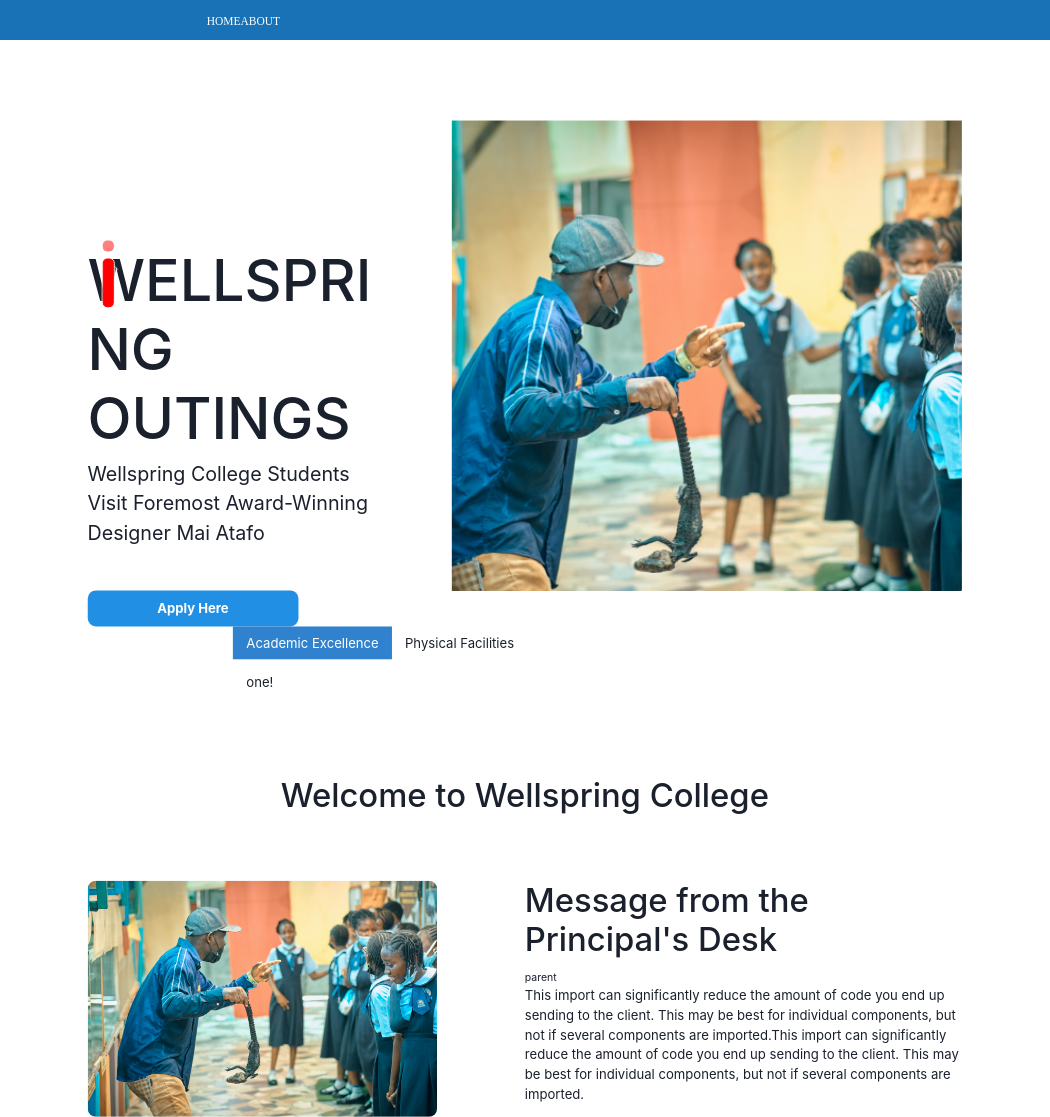
Repository: gr8skills/wellspring-school-forked
Page: /
The author's editor kept a copy of each file at every save. The page is drawn from the files as they stood at one save, then again after a run of saves.
The browser window is 1280 px wide. The pictures show the whole page, at 82% of full size.
The project was rebuilt for these pictures with package versions that can differ from the ones it lists, and the page was loaded fresh each time. Also part of the build but not shown: src/components/Navbar/Dropdown.scss, src/components/Navbar/Dropdown.js, src/components/Calendar/Calendar.js, src/components/News/News.js.

Above is the page before, as saved 2022-12-02 00:30:02.

### src/index.css
body {
  /* margin: 0;
  font-family: -apple-system, BlinkMacSystemFont, 'Segoe UI', 'Roboto', 'Oxygen',
    'Ubuntu', 'Cantarell', 'Fira Sans', 'Droid Sans', 'Helvetica Neue',
    sans-serif;
  -webkit-font-smoothing: antialiased;
  -moz-osx-font-smoothing: grayscale; */
}

/* code {
  font-family: source-code-pro, Menlo, Monaco, Consolas, 'Courier New',
    monospace;
} */

### src/App.js
import logo from './logo.svg';
import './App.css';
import { BrowserRouter, Routes, Route, Link, Outlet } from "react-router-dom";
import "bootstrap/dist/css/bootstrap.min.css";

import NavBar from './components/Navbar/Navbar';
import { Home } from './pages/Home/Home';

function App() {
  return (


    <BrowserRouter>
      <NavBar />

      <Routes>
        <Route path="/" element={<Home />} />
        {/* <Route path="users" element={<Users />}>
          <Route path="me" element={<OwnUserProfile />} />
          <Route path=":id" element={<UserProfile />} />
        </Route> */}
      </Routes>
    </BrowserRouter>
  );
}

export default App;

### src/App.css
body{
}

.App {
  text-align: center;
    background-color:black;

}

.App-logo {
  height: 40vmin;
  pointer-events: none;
}

@media (prefers-reduced-motion: no-preference) {
  .App-logo {
    animation: App-logo-spin infinite 20s linear;
  }
}


@keyframes App-logo-spin {
  from {
    transform: rotate(0deg);
  }
  to {
    transform: rotate(360deg);
  }
}

### src/pages/Home/Home.js

import Carousel from "react-bootstrap/Carousel";
import Slider1 from "../../assets/slider1.png";
import Slider2 from "../../assets/slider2.png";
import { Sliders } from "../../components/Sliders/Sliders";
import { Button, ButtonGroup } from "@chakra-ui/react";

import "./_home.scss";
import { AppButton } from "../../components/AppButton/AppButton";
import { Calendar } from "../../components/Calendar/Calendar";
import { News } from "../../components/News/News";
import { AppTab } from "../../components/AppTab/AppTab";
export const Home =()=>{
    return (
      <>
        <div className="home-page-trans col-md-12 flexy">
          <div className="col-md-1">&nbsp;</div>
          <div className="col-md-10">
            {" "}
            <Carousel fade>
              <Carousel.Item>
                <div className="col-md-12 flexy">
                  <div className="col-md-4 slider-label">
                    <h1>Beyond the Classroom</h1>
                    <p>
                      Wellspring College Students Visit Foremost Award-Winning
                      Designer Mai Atafo
                    </p>
                  </div>
                  <div className="col-md-1">&nbsp;</div>
                  <div className="col-md-7">
                    <img
                      className="col-md-12 imgCaro"
                      src={Slider1}
                      alt="Scholar"
                    />
                  </div>
                </div>
              </Carousel.Item>

              <Carousel.Item>
                <div className="col-md-12 flexy">
                  <div className="col-md-4 slider-label">
                    <h1>WELLSPRING OUTINGS</h1>
                    <p>
                      Wellspring College Students Visit Foremost Award-Winning
                      Designer Mai Atafo
                    </p>
                  </div>
                  <div className="col-md-1">&nbsp;</div>

                  <div className="col-md-7">
                    <img
                      className="col-md-12 imgCaro"
                      src={Slider2}
                      alt="Scholar"
                    />
                  </div>
                </div>
              </Carousel.Item>
            </Carousel>
            <AppButton text="Apply Here" />
            {/* <Calendar month="Nov" day="10" year="2022" event="Open Day" time="10:00am-3:00pm"/> */}
            {/* <News date="August 29th, 2022" message="Wellspring College celebrates it's 17th Valedictory Service and Graduation Ceremony" url=""/> */}
            <AppTab />
          </div>
        </div>
        <div className="col-md-12 welcome-message-title">
          <Sliders
            header="Welcome to Wellspring College"
            message="This import can significantly reduce the amount of code you end up sending to the client. This may be best for individual components, but not if several components are imported.This import can significantly reduce the amount of code you end up sending to the client. This may be best for individual components, but not if several components are imported."
            sliderImg={Slider2}
            title="Message from the Principal's Desk"
            speaker="parent"
          />
        </div>
      </>
    );
}

### src/components/Navbar/MenuItems.js
export const navMenus = {
    about: [
        // {title: 'About ' + process.env.REACT_APP_SITE_NAME, path: '/about', cName: 'dropdown-link'},
        // {title: 'Administrator’s Message', path: '/about/administrators-message', cName: 'dropdown-link'},
        // {title: 'Proprietor’s Message', path: '/about/proprietors-message', cName: 'dropdown-link'},
        // {title: 'History of the School', path: '/about/history', cName: 'dropdown-link'},
        // {title: 'Contact Us', path: '/about/contact-us', cName: 'dropdown-link'},
    ]
}

export default navMenus;

### src/components/Navbar/NavBar.module.css


.navCont{
    position: relative;
    /* display: flex; */
    width:25%;
    /* justify-content: space-between; */
    /* margin: 0 auto; */
    /* max-height: 5rem; */
    padding-left:220px;

}

.nav-links{
    font-size:10px !important;
}


.imgCont{
    position: relative;
}

/* .imgContent{
    position: absolute;
    z-index: 1;
    height: 6vw;

} */

/* .btnPortal{
    background-color: #4CA14900;
    color: #fff;
    height: 2.5rem;
    width: 7rem;
    font-size: 18px;
    border-radius: 5px;
    position: relative;
    outline: 0;
    border: 0;
    transition: 1.5s scale linear;
} */

/* .btnPortal:focus{
    outline: 0;
    border: 0;
} */

/* .btnPortal:hover{
    transform: scale(1.02);
    background-color: #4CA149CF;
} */

/* .fIcon{
    width: 30px;
    height: 30px;
    padding: 5px 5px;
    transform: translate(-6px, -1px);
} */

/* @media screen and (max-width: 960px) {
    .navCont{
        position: relative;
        display: flex;
        width: 100%;
        justify-content: space-between;
        margin: 0 auto;
        max-height: 5rem;

    }

    .imgContent{
        position: absolute;
        z-index: 1;
        height: 16vw;

    }

}


 */

### src/components/Navbar/_navbar.scss
@import "../../variables";





.navContainer{
    background:$themecolor;
    min-height: 3rem;
    position: fixed;
    z-index: 1;
    right: 0;
    width: 100%;
    top: 0;
}


.nav-list{
    display: flex;
    max-width: 70%;
    width: 70%;
    justify-content: space-between;
    list-style: none;
    color: #fff;
    font-family: monserat;
    transform: translateY(54%);
    margin: 0 !important;
}

.nav-list li{
    line-height: 25px;
    text-align: center;
    margin: 0;
    font-size: 14px;

}

/* .nav-list li a{
    color: #fff;
} */


.nav-item {
    height: auto;
    justify-content: center;
    display: flex;
}

.menu-icon{
    display: none;
}




.nav-links {
    color: #fff;
    display: flex;
    align-items: center;
    text-decoration: none;
    height: 100%;
    transition: all 0.2s ease-out;

}

.nav-links:hover {
    background-color: #fff;
    text-decoration: none;
    // padding:5px;
    color:$themecolor;
}


@media screen and (max-width: 600px) {
    .ph{
        display: none;
    }

@media screen and (max-width: 960px) {
    .nav-list{
        display: none;
    }
}

    .menu-icon{
        display: block;
    }

    .nav-list{
        display: flex;
        flex-direction: column;
        position: absolute;
        height: 42rem;
        width: 100%;
        max-width: 100% !important;
        top: 48px;
        transform: translateY(4%);
        /* z-index: 999; */
        opacity: 1;
        right: -100%;
        transition: all .5s linear;
    background-color: #4CA149;

    }
.mainMenu li a{
    line-height:20px !important;

}
    .nav-list.active{
        transition: all 0.3s ease-out;
        visibility: visible;
        transition: all .5s linear;
        right: 0;
        /* z-index: 1; */
    }

    .nav-list.active li {
        font-size: 4vw;
        position: relative;
        margin: 30px 0;
    }


    .fa-times{
        position: relative;
        float: right;
        width: 100%;
    }

    .fa-times, .fa-bars{
        font-size: 40px;
        color: #feed00;
        transition: all 1.5ms linear;
        transform: translate(-29px, 17px);

    }
.nav-links{
    display:none;
}
}




@media screen and (min-width: 960px) {
    .wrapper{
        display:none;
    }
}



/*for sidenav*/




.ph:hover{
    background-color:rgb(255, 165, 0) !important;
    opacity:1 !important
}
.wrapper{
    position: absolute;
    top: 50%;
    left: 50%;
    transform: translate(-50%, -50%);

}
.mainMenu{
    width: 250px;
    display: block;
    border-radius: 10px;
    overflow: hidden;
}
.mainMenu a{
  font-size:20px !important;
  font-weight:bold !important;
      font-family: monserat;
      /* margin-bottom:-20px; */
}
.item{
    border-top: 1px solid orange;
    overflow: hidden;
margin: top 0;
line-height: 20px !important;
}
.btn{
    display: block;
    padding: 15px 20px;
    color: #fff;
    position: relative;
    padding-left:5px !important;
    /* text-align:left !important; */

}
.btn:before{
    content: '';
    position: absolute;
    width: 0;
    height: 0;
    border-left: 8px solid transparent;
    border-right:8px solid transparent;
    /* border-top:10px solid rgba(0,128,0,0.9); */
    right: 15px;
    bottom: -10px;
    z-index: 9;

}
.btn i {
    margin-right: 7px;
    margin-left: -5px;
    font-size: 13px;
}
.subMenu{
    /* background:#A3DA8D !important; */
      overflow: hidden;
        /* background:rgba(78,161,73, 0.1)!important; */
        background:rgba(178,161,173, 0.1)!important;

    transition: max-height 0.7s;
max-height: 0;
z-index:300000000 !important;
position:relative !important;

}
.subMenu a{
    display: block;
    /* padding: 5px 10px !important; */
    color: #fff !important;
    font-size: 14px !important;
    border-bottom: 1px solid #394c7f;
    position: relative;
    margin-top:5px !important;


}
.subMenu a:before{
    content: '';
    opacity: 0;
    transition: opacity 0.3s;

}
.subMenu a:hover:before{
    content: '';
    position: absolute;
    height: 0;
    width: 6px;
    left: 0;
    top:0;
    opacity: 1;
    /* background-color: #d8d824; */
    border-top: 24px solid transparent;
    border-left: 11px solid #ffffff;
    border-bottom: 24px solid transparent;
}
.subMenu a:after{
    content: '';
    opacity: 0;
    transition: opacity 0.3s;

}
.subMenu a:hover:after{
    content: '';
    position: absolute;
    height: 0;
    width: 6px;
    right: 0px;
    top:0;
    opacity: 1;
    /* background-color: #d8d824; */
    border-top: 24px solid transparent;
    border-right: 11px solid #ffffff;
    border-bottom: 24px solid transparent;
}
.subMenu a:hover{
   background-color:orange;
    transition: all 0.3s;
    border-bottom: 2px solid #394c7f;
}
.subMenu a:last-child{
    border:none;
}
.item:target .subMenu{
    max-height: 300px;
        /* transition: max-height 0.7s !important; */

}

.login{
  background-color:#ED2f59;
  padding:5px 14px 5px 14px !important;
  border-radius:5px;
margin-right:55px;
margin-left:30px;
font-family: 'Poppins', sans-serif;

  }



.portal{
  background-color:rgb(221, 156, 35);
  /* padding:7px; */
  width:120px;
  margin-left:50px;
  border-radius:5px;
 padding:7px !important;
 font-size:5px !important;
 color:white !important;
    /* padding-bottom:6px !important; */
  margin-top:20px !important;
   font-size:11px !important;
      text-decoration: none;

  }

  .portal a{

  }

### src/components/Sliders/Sliders.js
import './_sliders.scss'

export const Sliders=(props)=>{
    return (
      <>
        <div className="col-md-12 slider-header">
          <h1>{props.header}</h1>
        </div>
        <div className="col-md-12 flexy slider-container">
          <div className="col-md-1">&nbsp;</div>
          <div className="col-md-4">
            <img
              className="col-md-12 imgCaro"
              src={props.sliderImg}
              alt="Scholar"
            />
          </div>
          <div className="col-md-1">&nbsp;</div>
          <div className="col-md-5">
            <h1>{props.title}</h1>
            <small>{props.speaker}</small>
            <p>{props.message}</p>
          </div>
        </div>
      </>
    );
}

### src/pages/Home/_home.scss
@import "../../variables";
@import "../../shared-styles";



.home-page-trans{
    img{
            margin-top:147px;
            height:100% !important;

    }
    .slider-label{
        margin-top:300px;
        h1{
                    font-size:70px;

        }
        p{
            font-size:24px;
        }
    }
    .carousel {
    position: relative;
    z-index: 0;

}
.carousel-inner {
    position: relative;
    width: 100%;
    overflow: hidden;
    height: 100vh;
}

.imgCaro{
    width: 100%;
    height: 100%;
    object-fit: cover;
}

.carousel-indicators > button.active {
    opacity: 1;
    max-width: 14px !important;
    max-height:60px  !important;
    min-width: 14px !important;
    min-height:60px  !important;
    background-color: red !important;
    border-color: #fff !important;
    outline: none;
    border: none;
    border-radius: 7px !important;

}

.carousel-indicators button{
    max-width: 14px !important;
    max-height: 14px !important;
    min-width: 14px !important;
    min-height: 14px !important;
    margin: 3px 5px !important;
    border-radius: 7px !important;
    background-color: red!important;
    border: 1px solid #fff !important;
    transition: all .5s linear ;

}

.carousel-indicators button:focus{
        outline:0;
        border-color: #4287BD;
}
.carousel-indicators  {
    position: absolute;
    right: 0;
    bottom: 10px;
    left: 0;
    z-index: 15;
    display: flex;
    flex-direction: column;
    height: 100%;
    justify-content: center;
    padding-left: 0;
    margin-right: 0;
    margin-left: 1vw;
    list-style: none;
    outline: none;
    border: none;
}

.carousel-control-next {
    left: 1vw;
    transform: rotate(-91deg);
    position: absolute;
    margin-top: 15% !important;
    justify-content: right !important;
    height: 10px;
    width: 18px !important;
    font-size: 50px;

}
.carousel-control-prev {
    left: 1.5vw;
    transform: rotate(91deg) !important;
    position: absolute;
    margin-top: 30% !important;
    justify-content: right !important;
    height: 10px;
    font-size: 50px;
    width: 20px !important;
}
// .carousel-control-prev::after{
//     content: url('../../assets/DownArrows.svg');
//     background-color: red;
//     font-size: 54px;
//     z-index: 100;
//     right: 0;
//     width: 20px;
//     height: 80px;
// }
// .carousel-control-next::after{
//     content: url('../../assets/DownArrows.svg');
//     background-color: red !important;
//     font-size: 54px;
//     z-index: 1000000000000000000000000000;
//     position:relative;
//     right: 0;
//     width: 20px;
//     height: 80px;
// }
}

### src/components/AppButton/AppButton.js
import { Button, ButtonGroup } from "@chakra-ui/react";
import "./_app-button.scss";
export const AppButton =(props)=>{
    return (
      <button className="app-button">
        {props.text}
      </button>
    );
}

### src/components/AppTab/AppTab.js
import { Tabs, TabList, TabPanels, Tab, TabPanel } from "@chakra-ui/react";

import "./_app-tab.scss";

export const AppTab = () => {
  return (
    <>
      <div className="row">
        <div className="col-md-12 flexy">
          <div className="col-md-2">&nbsp;</div>
          <div className="col-md-8">
            <Tabs variant="unstyled">
              <TabList>
                <Tab _selected={{ color: "white", bg: "blue.500" }}>Academic Excellence</Tab>
                <Tab _selected={{ color: "white", bg: "green.400" }}>Physical Facilities</Tab>
              </TabList>
              <TabPanels>
                <TabPanel>
                  <p>one!</p>
                </TabPanel>
                <TabPanel>
                  <p>two!</p>
                </TabPanel>
              </TabPanels>
            </Tabs>
          </div>
        </div>
      </div>
    </>
  );
};

### src/_variables.scss
$themecolor:#1972B6;
$themecolor2:rgb(32,143,228);

### src/components/Sliders/_sliders.scss
@import "../../variables";
@import "../../shared-styles";


.slider-header{
    text-align: center;
    margin-top:70px;
    margin-bottom:80px;
    font-size:50px;
}
.slider-container{
    img{
         position: relative;
    width: 100%;
    overflow: hidden;
    height: 40vh;
    border-radius:10px;;
            object-fit: cover;

    }
}

### src/_shared-styles.scss
@media screen and (max-width:620px){
    .flexyM{
        display:flex;
    }
}@media screen and (min-width:620px){
    .flexy{
        display:flex;
    }
}

### src/components/AppButton/_app-button.scss
@import "../../shared-styles";
@import "./overides";
@import "../../variables";

.app-button{
    background-color:$themecolor2;
    color:white;
    padding:10px 85px;
    font-weight:bold;
    border-radius:10px;
}

### src/components/Calendar/_calendar.scss
@import "../../shared-styles";
@import "../../variables";



.calendar-container{
    .calendar-box{
background-color:$themecolor2;
height:100px;
width:110px;
border-radius: 10px;
color:#fff;
    text-align: center;
    padding:10px 0;

    }
    p{
        color:grey;
    }
    .calendar-day{
        font-size:35px;
    }
    .calendar-description{
        font-size:25px;
    }
}

### src/components/News/_news.scss
@import "../../shared-styles";
@import "../../variables";
.news-container{
    .news-img{
                margin-bottom:200px;

    }
    img{
        width:100%;
        border-radius: 10px;


    }
    .news-description{
        margin-top:200px;
        margin-left:30px;
        h6{
            color:grey;
        }
    }
    .read-more-link{
        color:$themecolor;
        margin-top:50px;
    }
}

### src/components/AppTab/_app-tab.scss
@import "../../shared-styles";
@import "./overides";
@import "../../variables";

### src/components/AppButton/_overides.scss
@import "../../variables";



.css-jut409{
    background-color:$themecolor;
    padding:140px !important;
}

Loaded but not shown: public/index.html (common file); src/index.js (common file); src/reportWebVitals.js (common file); src/components/Navbar/Navbar.js (300 lines, source omitted); src/components/AppTab/_overides.scss (no stored copy; drawn as an empty file)

After the next 2 saves:
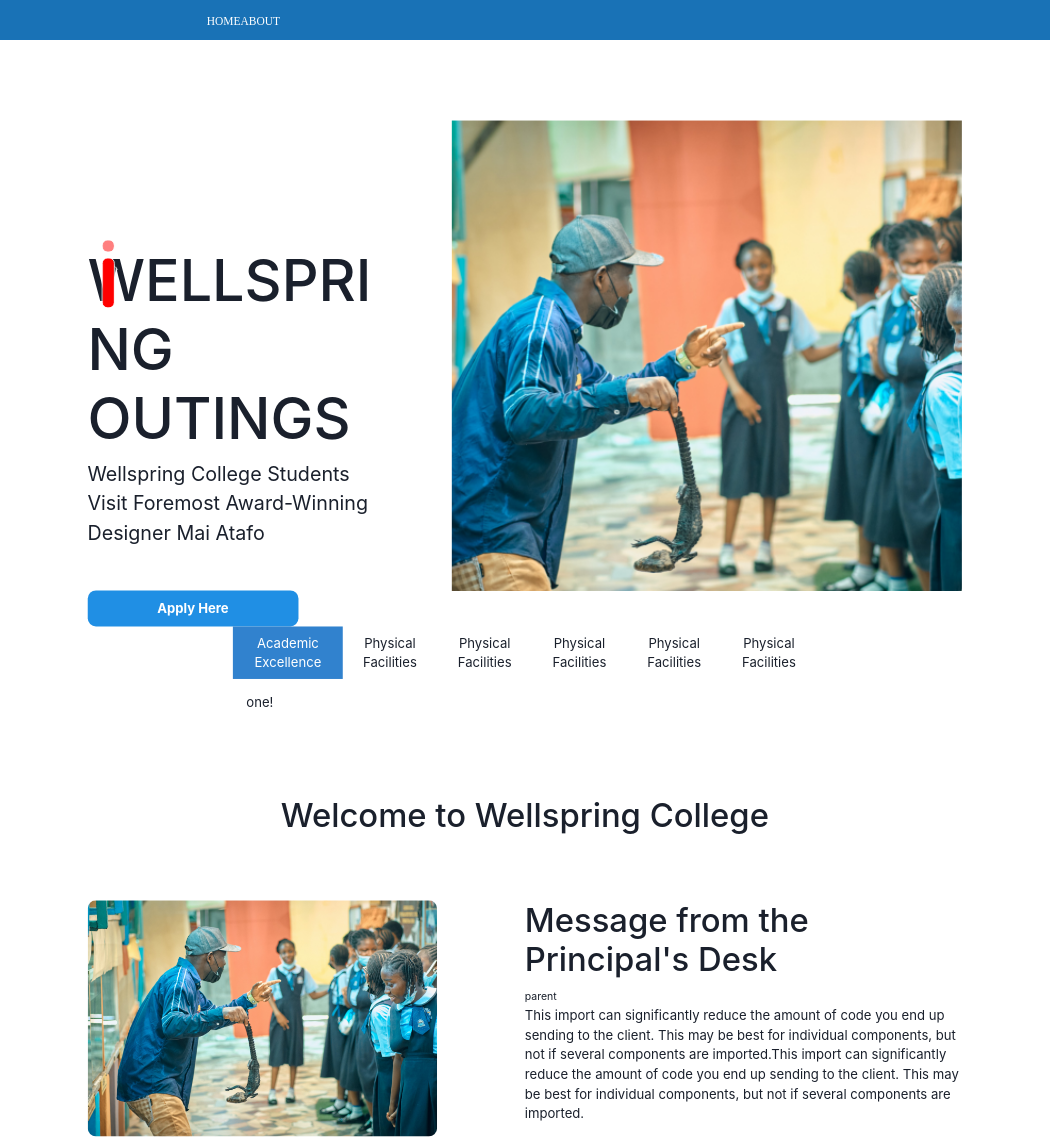
The 2 saves are shown as one change because they came seconds apart.
The last was saved 12 s later.
--- a/src/components/AppTab/AppTab.js
+++ b/src/components/AppTab/AppTab.js
@@ -12,6 +12,10 @@
             <Tabs variant="unstyled">
               <TabList>
                 <Tab _selected={{ color: "white", bg: "blue.500" }}>Academic Excellence</Tab>
+                <Tab _selected={{ color: "white", bg: "green.400" }}>Physical Facilities</Tab>
+                <Tab _selected={{ color: "white", bg: "green.400" }}>Physical Facilities</Tab>
+                <Tab _selected={{ color: "white", bg: "green.400" }}>Physical Facilities</Tab>
+                <Tab _selected={{ color: "white", bg: "green.400" }}>Physical Facilities</Tab>
                 <Tab _selected={{ color: "white", bg: "green.400" }}>Physical Facilities</Tab>
               </TabList>
               <TabPanels>
